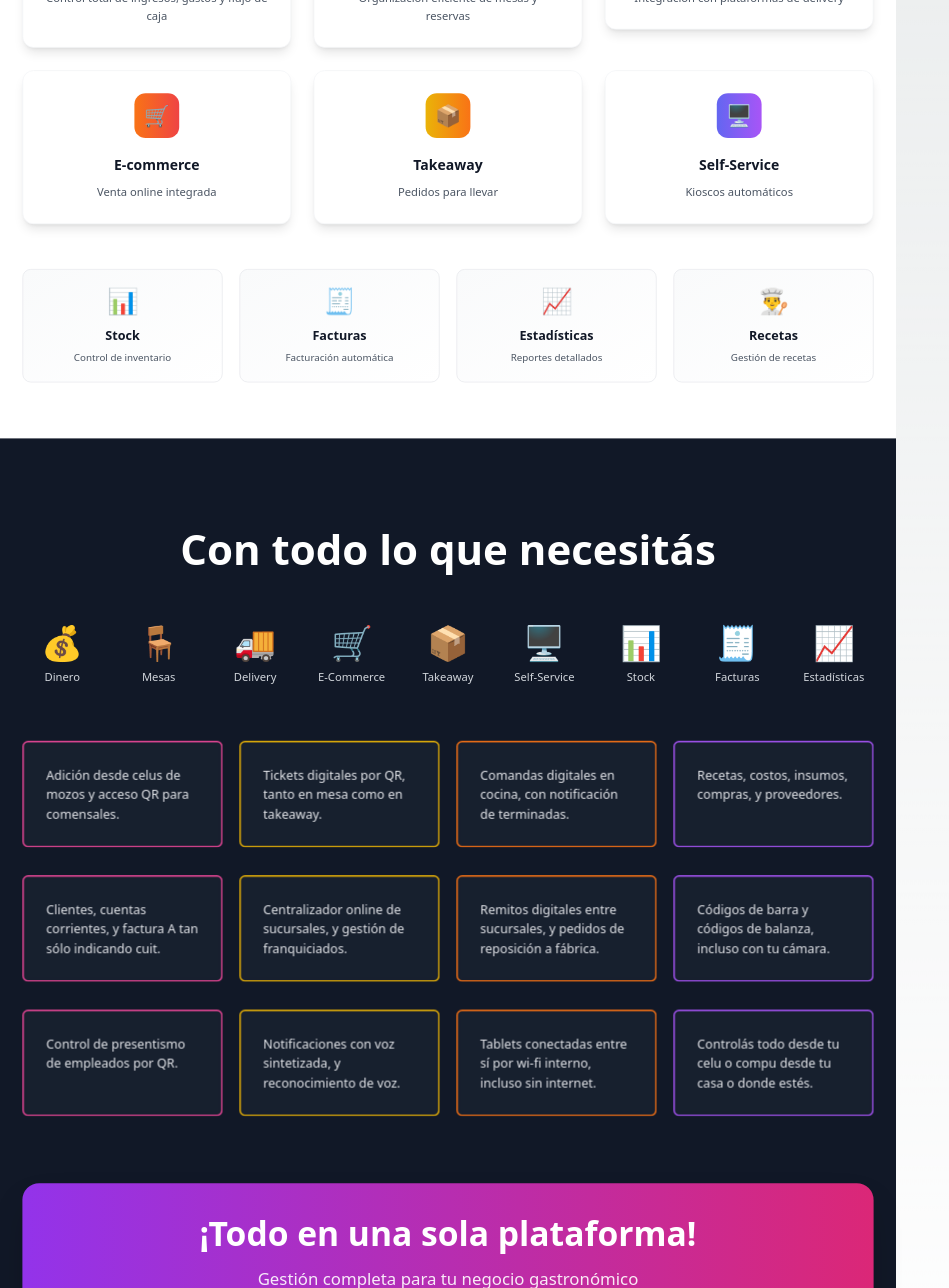
Repository: francoluca35/cmrestaurantes
Page: /
The author's editor kept a copy of each file at every save. The page is drawn from the files as they stood at one save, then again after the next save.
The browser window is 1280 px wide. The page is 1356 px wide, so the pictures cover 1356 px, including what lies to the right of the window. The pictures show the part of the page from y = 2625 to 4465 px (the page is 4748 px tall), at 70% of full size.
The project was rebuilt for these pictures with package versions that can differ from the ones it lists, and the page was loaded fresh each time. The framework's server and built-in components were replaced by stand-ins that run in the browser. Also part of the build but not shown: next.config.mjs.

Above is the page before, as saved 2025-08-24 01:33:03.

After the next save:
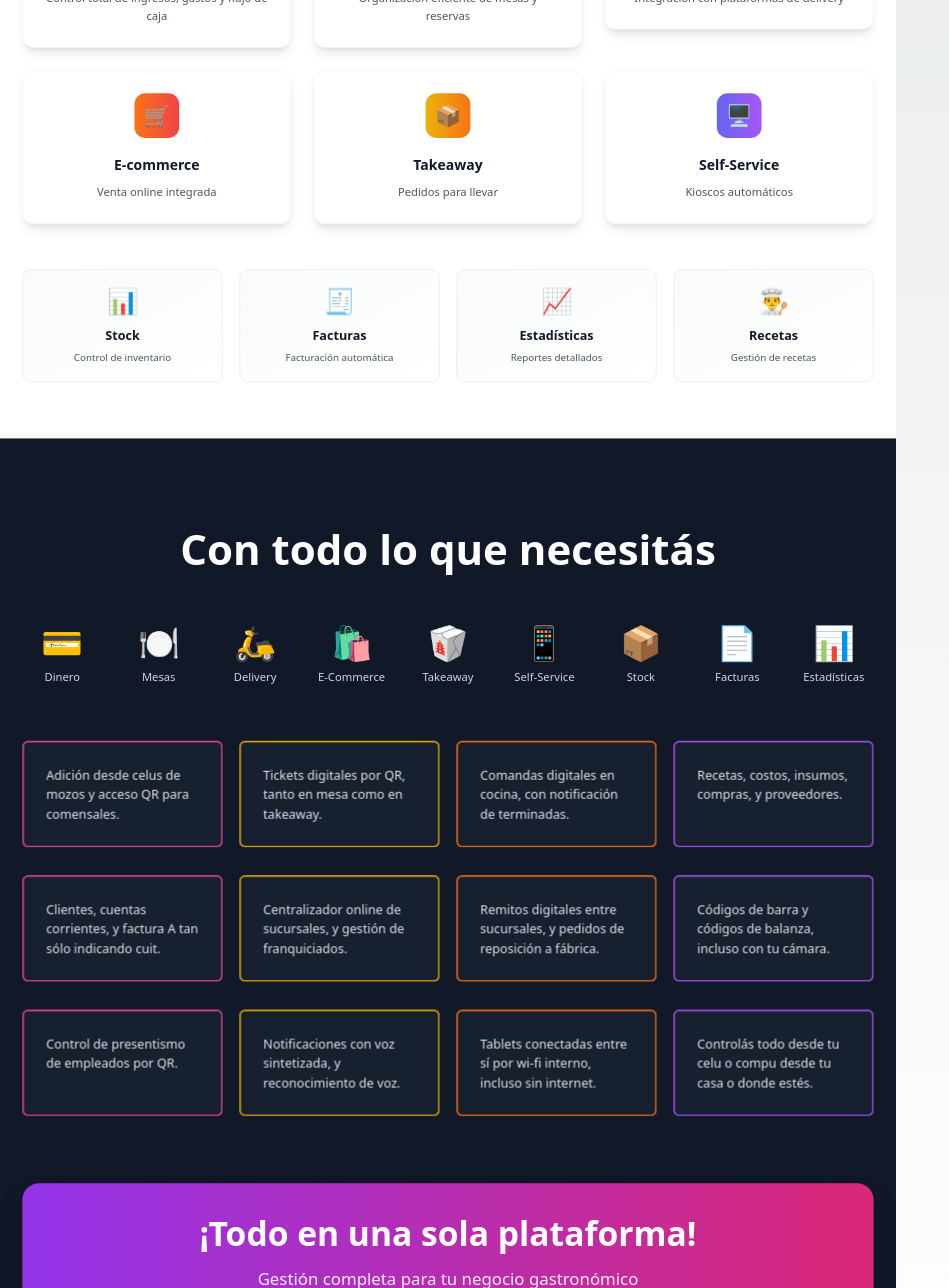
Saved 69 s later.
--- a/src/components/Funcionalidades/FeaturesGrid.js
+++ b/src/components/Funcionalidades/FeaturesGrid.js
@@ -1,14 +1,14 @@
 export default function FeaturesGrid() {
   const featureCategories = [
-    { name: "dinero", icon: "💰", color: "text-orange-500" },
-    { name: "mesas", icon: "🪑", color: "text-pink-500" },
-    { name: "delivery", icon: "🚚", color: "text-purple-500" },
-    { name: "e-commerce", icon: "🛒", color: "text-orange-500" },
-    { name: "takeaway", icon: "📦", color: "text-pink-500" },
-    { name: "self-service", icon: "🖥️", color: "text-orange-500" },
-    { name: "stock", icon: "📊", color: "text-pink-500" },
-    { name: "facturas", icon: "🧾", color: "text-purple-500" },
-    { name: "estadísticas", icon: "📈", color: "text-yellow-500" }
+    { name: "dinero", icon: "💳", color: "text-orange-500" },
+    { name: "mesas", icon: "🍽️", color: "text-pink-500" },
+    { name: "delivery", icon: "🛵", color: "text-purple-500" },
+    { name: "e-commerce", icon: "🛍️", color: "text-orange-500" },
+    { name: "takeaway", icon: "🥡", color: "text-pink-500" },
+    { name: "self-service", icon: "📱", color: "text-orange-500" },
+    { name: "stock", icon: "📦", color: "text-pink-500" },
+    { name: "facturas", icon: "📄", color: "text-purple-500" },
+    { name: "estadísticas", icon: "📊", color: "text-yellow-500" }
   ]
 
   const detailedFeatures = [
